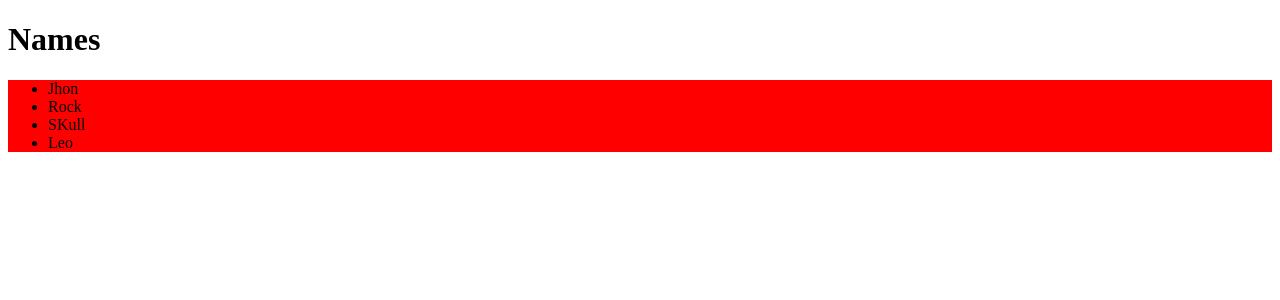
Repository: NithishKoriyar/phpprojectgh
Page: http://localhost/names.php
These files come from the project's save history. The page is drawn as it stood at one moment and after a run of saves; the edit follows.
The browser window is 1280 px wide. The pictures show the whole page.
The page is run by PHP 8.4 with error messages shown; the project is at /var/www/html/.

Above is the page before, as saved 2022-12-14 12:43:47.

### names.php
<?php
    $names = ['Jhon', 'Rock','SKull', 'Leo'];
?>
<!DOCTYPE html>
<html lang="en">
<head>
    <meta charset="UTF-8">
    <meta http-equiv="X-UA-Compatible" content="IE=edge">
    <meta name="viewport" content="width=device-width, initial-scale=1.0">
    <title>Document</title>
    <style>

        .more-names{
            background-color: red;
        }
        .some-names{
            background-color: green;
        }


    </style>
</head>
<body class="">
    <h1>Names</h1>
    <ul class="<?= count($names) > 3 ? 'more-names' : 'some-names' ?>">
        <?php foreach($names as $name) { ?>

          <li><?= $name ?></li>
        <?php } ?>
    </ul>

</body>
</html>

After the next 3 saves:
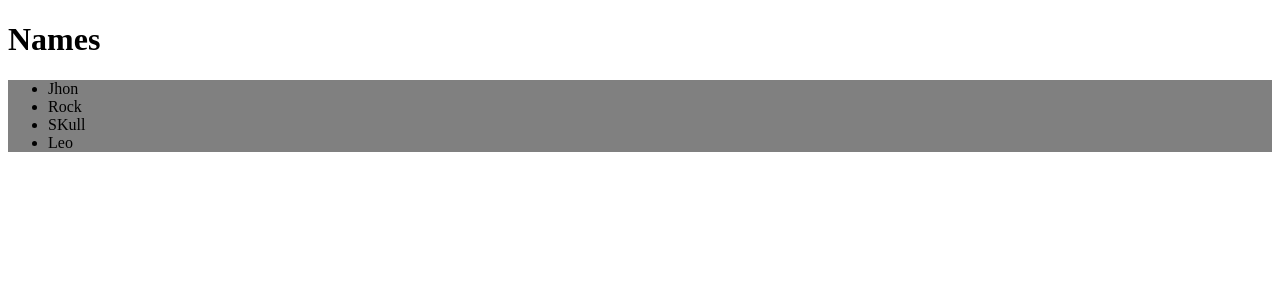
The 3 saves are shown as one change because they came seconds apart.
The last was saved 106 s later.
--- a/names.php
+++ b/names.php
@@ -11,7 +11,7 @@
     <style>
 
         .more-names{
-            background-color: red;
+            background-color: grey;
         }
         .some-names{
             background-color: green;
